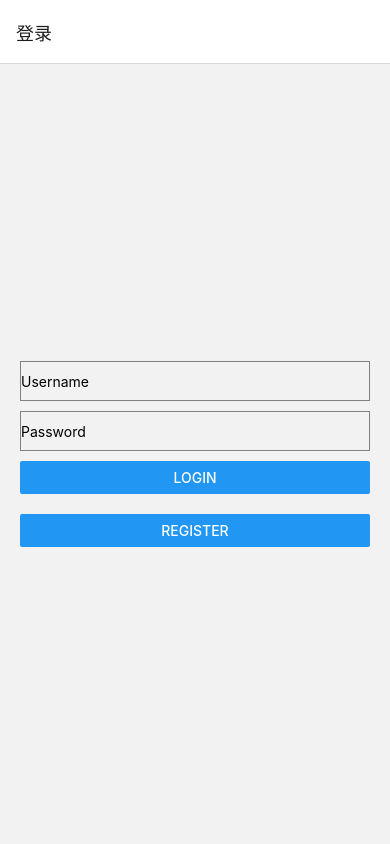
Repository: RidenShogunei/reactnative--make-an-app
Screen: / (app in Myapp/)
The author's editor kept a copy of each file at every save. The screen is drawn from the files as they stood at one save, then again after the next save.
The app was drawn by React Native's web renderer in a window 390 px wide. The project was rebuilt for these pictures with package versions that can differ from the ones it lists, and the page was loaded fresh each time. Also part of the build but not shown: Myapp/pages/register.jsx.

Above is the screen before, as saved 2024-04-20 19:17:59.

After the next save:
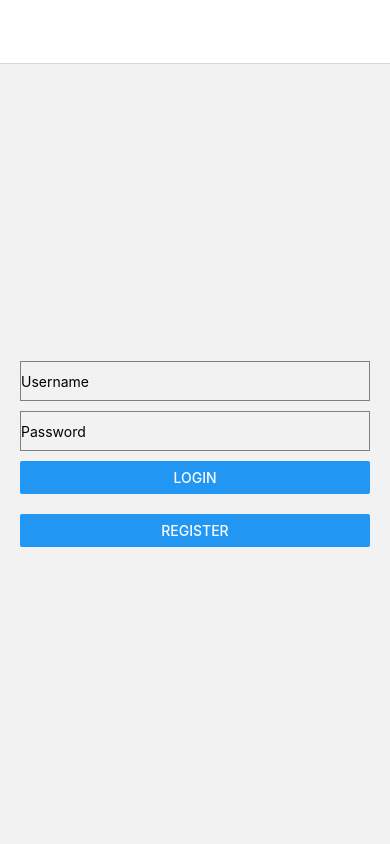
Saved 38 s later.
--- a/Myapp/App.js
+++ b/Myapp/App.js
@@ -1,14 +1,37 @@
+import React from 'react';
+import { Text, View, StyleSheet } from 'react-native';
 import { NavigationContainer } from '@react-navigation/native';
 import { createStackNavigator } from '@react-navigation/stack';
 
 const Stack = createStackNavigator();
+
+const HeaderTitle = () => (
+  <View style={styles.headerTitle}>
+    <Text style={styles.text}>定制标题</Text>
+  </View>
+);
+
+const styles = StyleSheet.create({
+  headerTitle: {
+    flex: 1,
+    alignItems: 'center',
+    justifyContent: 'center',
+  },
+  text: {
+    fontWeight: 'bold',
+    fontSize: 20,
+    color: 'white',
+  },
+});
+
 import Login from './pages/login'
 import Register from './pages/register'
+
 function App() {
   return (
     <NavigationContainer>
       <Stack.Navigator initialRouteName="Home">
-        <Stack.Screen name="login" component={Login} options={{ title: '登录' }}/>
+        <Stack.Screen name="login" component={Login} options={{ headerTitle: props => <HeaderTitle {...props} /> }}/>
         <Stack.Screen name="register" component={Register} options={{ title: '注册' }}/>
       </Stack.Navigator>
     </NavigationContainer>

After the save that followed:
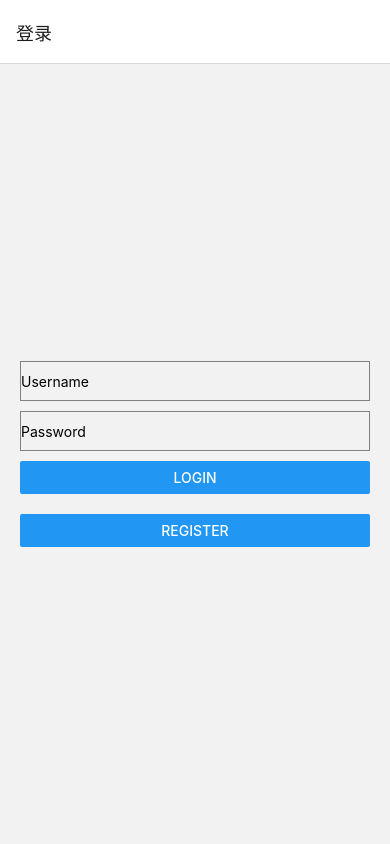
Saved 38 s later.
--- a/Myapp/App.js
+++ b/Myapp/App.js
@@ -1,37 +1,14 @@
-import React from 'react';
-import { Text, View, StyleSheet } from 'react-native';
 import { NavigationContainer } from '@react-navigation/native';
 import { createStackNavigator } from '@react-navigation/stack';
 
 const Stack = createStackNavigator();
-
-const HeaderTitle = () => (
-  <View style={styles.headerTitle}>
-    <Text style={styles.text}>定制标题</Text>
-  </View>
-);
-
-const styles = StyleSheet.create({
-  headerTitle: {
-    flex: 1,
-    alignItems: 'center',
-    justifyContent: 'center',
-  },
-  text: {
-    fontWeight: 'bold',
-    fontSize: 20,
-    color: 'white',
-  },
-});
-
 import Login from './pages/login'
 import Register from './pages/register'
-
 function App() {
   return (
     <NavigationContainer>
       <Stack.Navigator initialRouteName="Home">
-        <Stack.Screen name="login" component={Login} options={{ headerTitle: props => <HeaderTitle {...props} /> }}/>
+        <Stack.Screen name="login" component={Login} options={{ title: '登录' }}/>
         <Stack.Screen name="register" component={Register} options={{ title: '注册' }}/>
       </Stack.Navigator>
     </NavigationContainer>
